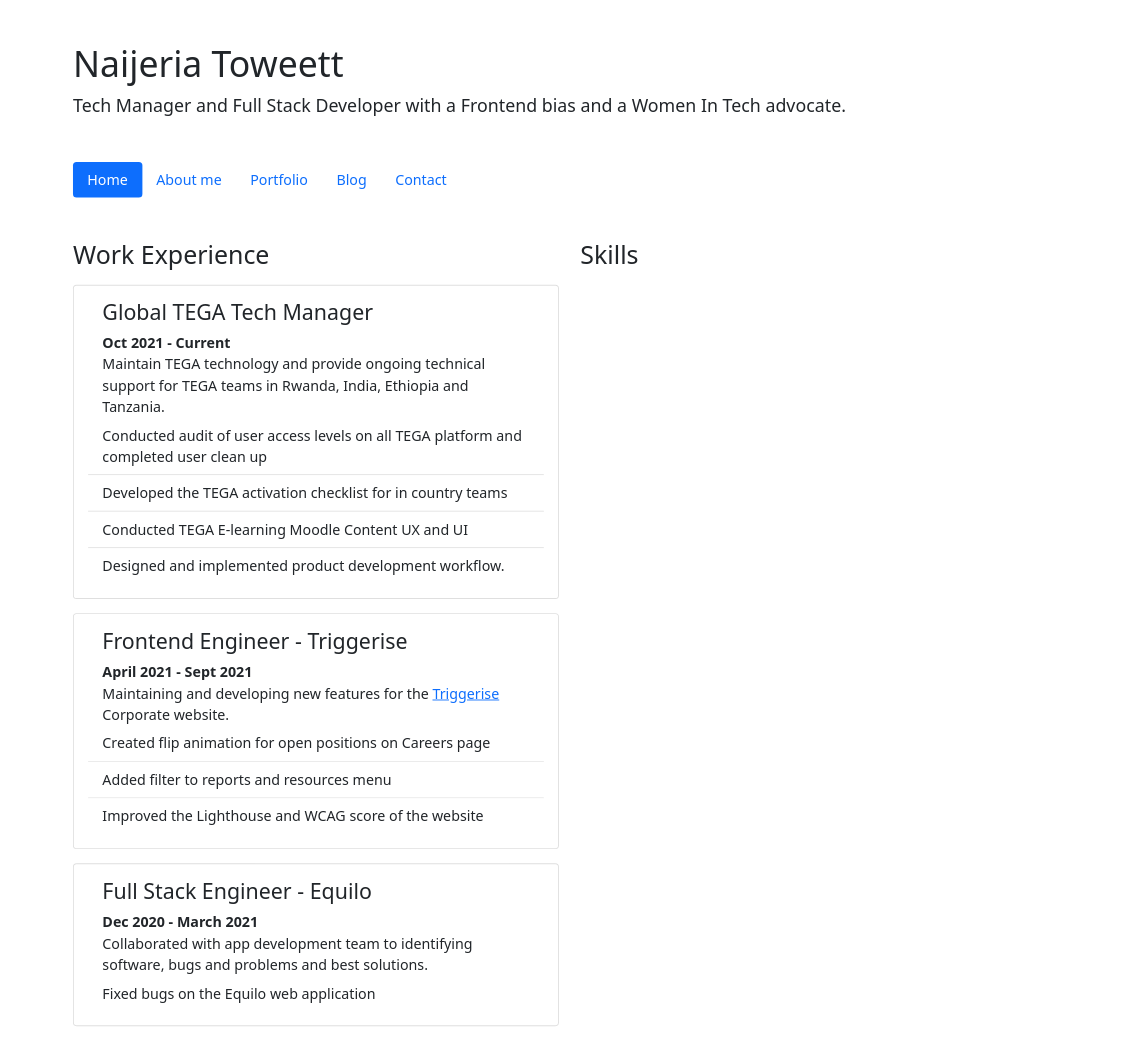
Repository: mamatechafrica/portfolio
Page: index.html
The author's editor kept a copy of each file at every save. The page is drawn from the files as they stood at one save, then again after a run of saves.
The browser window is 1280 px wide. The pictures show the whole page, at 89% of full size.

Above is the page before, as saved 2022-01-04 16:40:33.

After the next 3 saves:
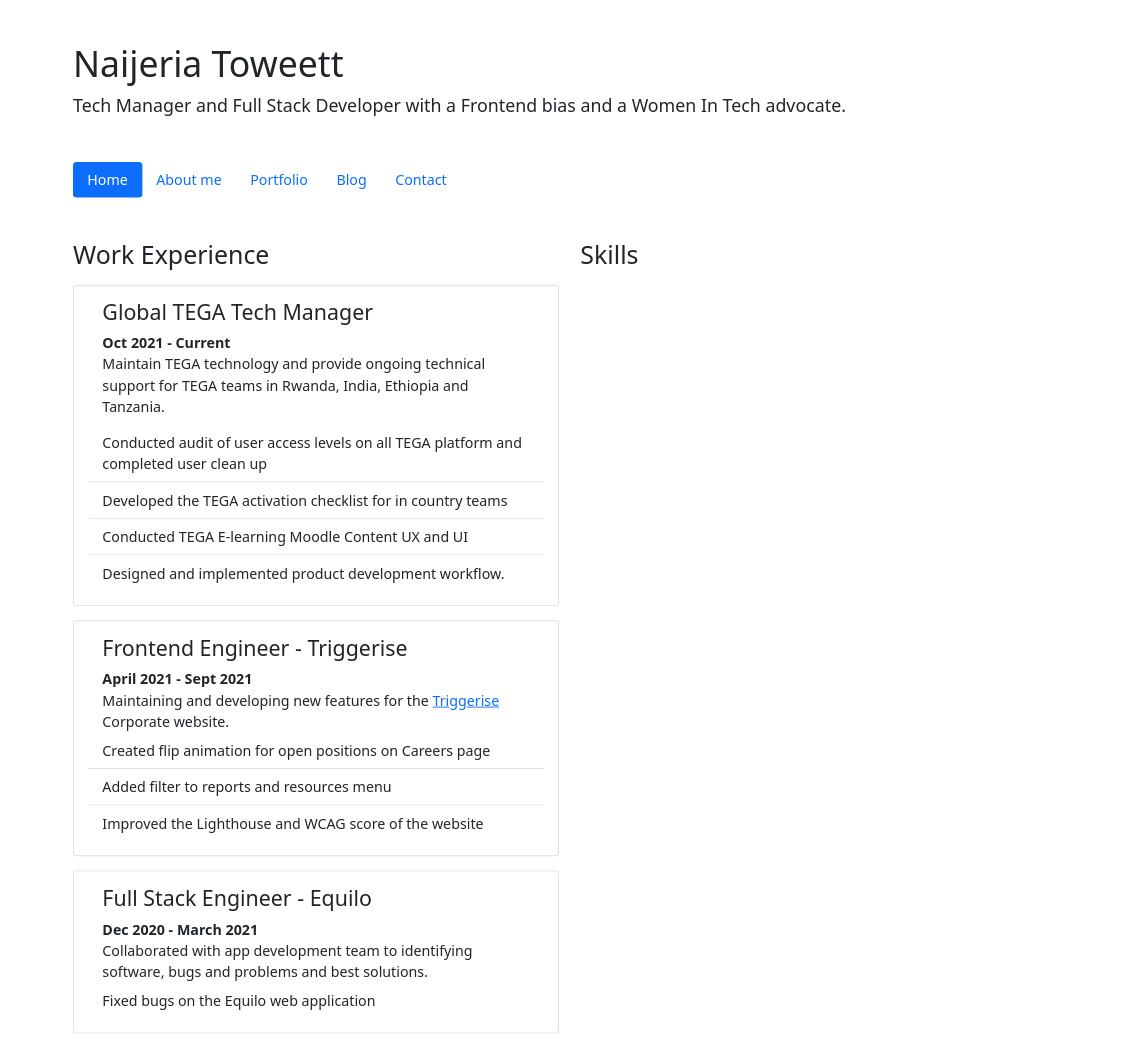
The 3 saves are shown as one change because they came seconds apart.
The last was saved 6 min 12 s later.
--- a/index.html
+++ b/index.html
@@ -54,7 +54,7 @@
                                     Maintain TEGA technology and provide ongoing technical support for
                                     TEGA teams in Rwanda, India, Ethiopia and Tanzania.
                                 </div>
-                                <ul class="list-group list-group-flush">
+                                <ul class="list-group list-group-flush mt-2">
                                     <li class="list-group-item">Conducted audit of user access levels on all TEGA platform and completed user clean up</li>
                                     <li class="list-group-item">Developed the TEGA activation checklist for in country teams</li>
                                     <li class="list-group-item">Conducted TEGA E-learning Moodle Content UX and UI</li>
